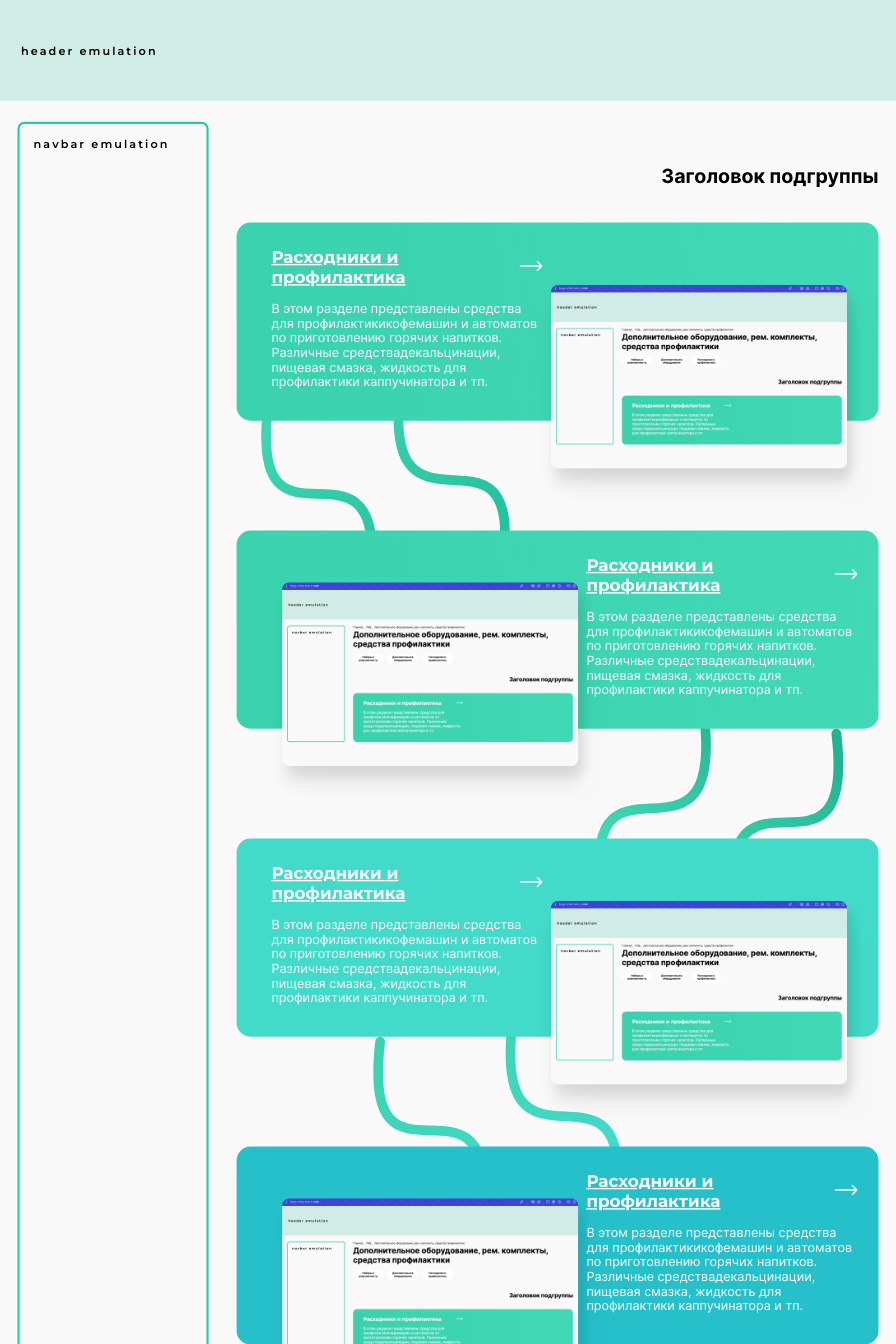
Repository: axonde/venpart-faq-pages
Page: index.html
These files come from the project's save history. The page is drawn as it stood at one moment and after the next save; the edit follows.
The browser window is 1280 px wide. The pictures show the part of the page from y = 0 to 1920 px (the page is 2635 px tall), at 70% of full size.

Above is the page before, as saved 2024-02-28 20:08:20.

After the next save:
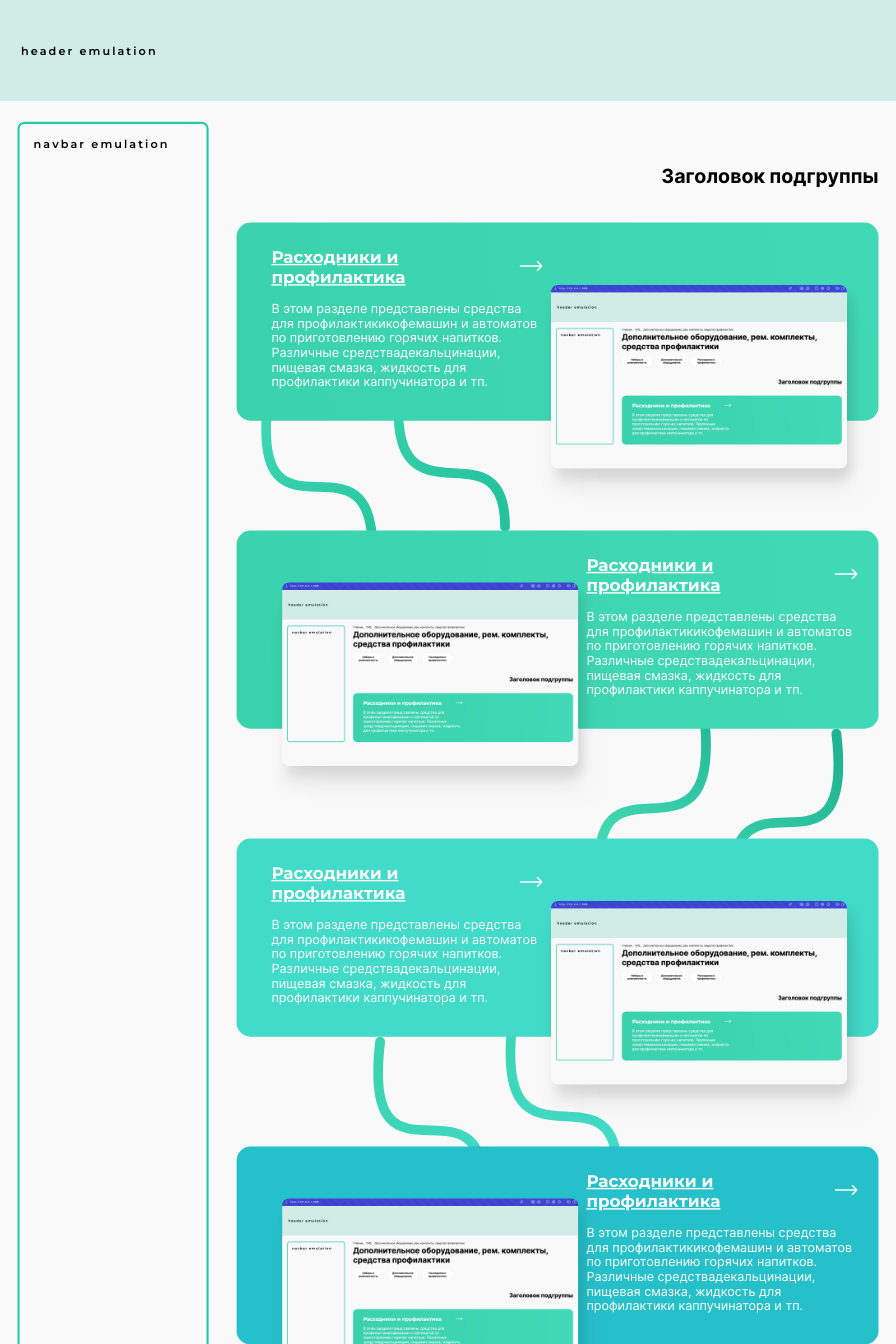
Saved 7 s later.
--- a/style.css
+++ b/style.css
@@ -569,7 +569,7 @@ scrollbar-width: none; /* Firefox */}
 	width: 356px;
 	height: 286px;
 	position: absolute;
-	bottom: -200px;
+	bottom: -190px;
 	left: 35px;
 	z-index: -1;}
 .faq__item:nth-child(2n)::after {
